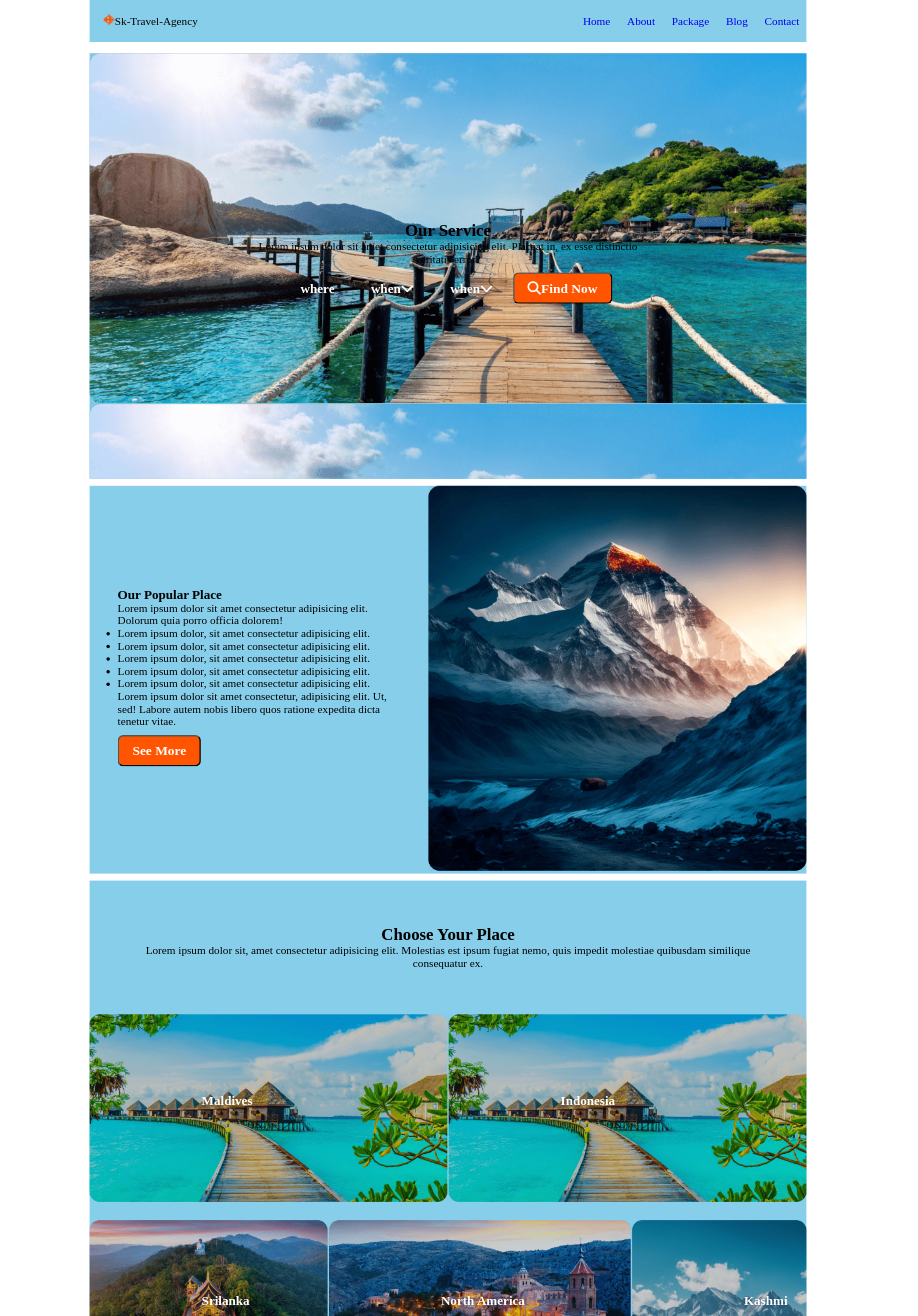
Repository: sumonkumarsarkar/Sk-Travel-Agency-
Page: index.html
The author's editor kept a copy of each file at every save. The page is drawn from the files as they stood at one save, then again after the next save.
The browser window is 1280 px wide. The page is 1312 px wide, then 1308 px, so the pictures cover 1312 px, including what lies to the right of the window. The pictures show the part of the page from y = 0 to 1880 px (the page is 4581 px tall before and 4856 px after), at 70% of full size.

Above is the page before, as saved 2024-01-17 15:17:02.

### index.html
<!DOCTYPE html>
<html lang="en">
<head>
    <meta charset="UTF-8">
    <meta name="viewport" content="width=device-width, initial-scale=1.0">
    <title>Sk-Travel-Agency</title>
    <link rel="stylesheet" href="./style.css">

    <link rel="stylesheet" href="https://cdnjs.cloudflare.com/ajax/libs/font-awesome/6.5.1/css/all.min.css" integrity="sha512-DTOQO9RWCH3ppGqcWaEA1BIZOC6xxalwEsw9c2QQeAIftl+Vegovlnee1c9QX4TctnWMn13TZye+giMm8e2LwA==" crossorigin="anonymous" referrerpolicy="no-referrer" />
</head>
<body>
    <header>
         <div class="container">
            <nav>
                <div class="icon-header">
                    <p> <span><img src="./Images/Group 40071 (2).png" alt=""></span>Sk-Travel-Agency</p>
                </div>
                <div class="menu-header">
                    <ul>
                        <li><a href="#">Home</a></li>
                        <li><a href="#">About</a></li>
                        <li><a href="#">Package</a></li>
                        <li><a href="#">Blog</a></li>
                        <li><a href="#">Contact</a></li>
                    </ul>
                </div>
            </nav>
         </div>


<div class="container">
    <div class="banner-section">
        <h2>Our Service</h2>
        <p>Lorem ipsum dolor sit amet consectetur adipisicing elit. Placeat in, ex esse distinctio veritatis error?</p>
        <div class="banner-button">
         <h3>where </h3>
         <h3>when<span><i class="fa-solid fa-chevron-down"></i></span></h3>
         <h3>when<span><i class="fa-solid fa-chevron-down"></i></span></h3>

        <button type="button"> <span><i class="fa-solid fa-magnifying-glass"></i></span>Find Now</button>
        </div>
       </div>

</div>


<div class="container">
    <div class="container-item">
        <div class="text-item">
         <h3>Our Popular Place</h3>
         <p>Lorem ipsum dolor sit amet consectetur adipisicing elit. Dolorum quia porro officia dolorem!</p>
         <ul>
            <li><p>Lorem ipsum dolor, sit amet consectetur adipisicing elit.</p></li>
            <li><p>Lorem ipsum dolor, sit amet consectetur adipisicing elit.</p></li>
            <li><p>Lorem ipsum dolor, sit amet consectetur adipisicing elit.</p></li>
            <li><p>Lorem ipsum dolor, sit amet consectetur adipisicing elit.</p></li>
            <li><p>Lorem ipsum dolor, sit amet consectetur adipisicing elit.</p></li>
         </ul>
         <p>Lorem ipsum dolor sit amet consectetur, adipisicing elit. Ut, sed! Labore autem nobis libero quos ratione expedita dicta tenetur vitae.</p>
         <button type="button">See More</button>
        </div>
        <div class="container-img-item">
            <img src="./Images/Rectangle 4.png" alt="">
        </div>
    </div>
</div>

    </header>


    <main>


        <!-- Choose Your place start   -->


<div class="container">
     <div class="container-text">
        <h2>Choose Your Place</h2>
        <p>Lorem ipsum dolor sit, amet consectetur adipisicing elit. Molestias est ipsum fugiat nemo, quis impedit molestiae quibusdam similique consequatur ex.</p>
     </div>
     <div class="container-image">

        <div class="img-row">
            <div class="image">
                <img src="./Images/Rectangle 5.png" alt="">
                <h3>Maldives</h3>
             </div>
             <div class="image">
                <img src="./Images/Rectangle 5.png" alt="">
                <h3>Indonesia</h3>
             </div>
        </div>

        <div class="img-row">
            <div class="image">
                <img src="./Images/Rectangle 6.png" alt="">
                <h3>Srilanka</h3>
             </div>
             <div class="image">
                <img src="./Images/Rectangle 7.png" alt="">
                <h3>North America</h3>
             </div>
             <div class="image">
                <img src="./Images/Rectangle 9.png" alt="">
                <h3>Kashmi</h3>
             </div>
        </div>

        <div class="img-row">
            <div class="image">
                <img src="./Images/Rectangle 11.png" alt="">
                <h3>Bangladesh</h3>
             </div>
             <div class="image">
                <img src="./Images/Rectangle 10.png" alt="">
                <h3>Bandarban</h3>
             </div>
        </div>
     </div>
</div>

        <!-- Choose Your place end
           -->


   <!-- card start   -->



   <div class="container">
    <div class="container-text">
       <h2>Why Choose Us</h2>
       <p>Dolor sit amet consectetur. Diam volutpat neque habitasse pharetra odio sit massa. Sodales dictumst nec nibh pellentesque.</p>
    </div>

        <div class="container-card">
            <div class="card">
                <span><i class="fa-solid fa-hotel"></i></span>
                <h3>Handpicked Hotels</h3>
                <p>Amet consectetur. Vulputate commodo felis molestie risus  ornare nulla amet et. Libero commodo sagittis dignissim adipiscing quis. Habitant adipiscing risus natoque aliquet. </p>
            </div>
            <div class="card">
                <span><i class="fa-solid fa-location-dot"></i></span>
                <h3>World Class Service</h3>
                <p>Amet consectetur. Vulputate commodo felis molestie risus  ornare nulla amet et. Libero commodo sagittis dignissim adipiscing quis. Habitant adipiscing risus natoque aliquet.  </p>
            </div>
        </div>


        <div class="container">
             <div class="container-card-item">

                    <h3><i class="fa-solid fa-tag"></i></h3>
                    <h3>World Class Service</h3>
                    <p>Amet consectetur. Vulputate commodo felis molestie risus  ornare nulla amet et. Libero commodo sagittis dignissim adipiscing quis. Habitant adipiscing risus natoque aliquet. </p>

             </div>
        </div>




</div>





   <!-- card start   -->





        <!-- place part start  -->

<div class="container">
    <div class="container-item">
        <div class="text-item">
         <h3>Visit the place and spend the life time</h3>
         <p>Lorem ipsum dolor sit amet consectetur adipisicing elit. Dolorum quia porro officia dolorem!</p>
         <ul>
            <li><p>Lorem ipsum dolor, sit amet consectetur adipisicing elit.</p></li>
            <li><p>Lorem ipsum dolor, sit amet consectetur adipisicing elit.</p></li>
            <li><p>Lorem ipsum dolor, sit amet consectetur adipisicing elit.</p></li>
            <li><p>Lorem ipsum dolor, sit amet consectetur adipisicing elit.</p></li>
            <li><p>Lorem ipsum dolor, sit amet consectetur adipisicing elit.</p></li>
         </ul>
         <p>Lorem ipsum dolor sit amet consectetur, adipisicing elit. Ut, sed! Labore autem nobis libero quos ratione expedita dicta tenetur vitae.</p>
         <button type="button">See More</button>
        </div>
        <div class="container-img-item">
            <img src="./Images/Rectangle 4.png" alt="">
        </div>
    </div>
</div>


 <!-- place part end  -->


 <div class="container">
    <div class="container-item">
        <div class="text-form">
         <h3>Visit the place and spend the life time</h3>
         <p>Lorem ipsum dolor sit amet consectetur adipisicing elit. Dolorum quia porro officia dolorem!</p>

         <form>
            <input type="text" placeholder="Enter Your Name">
            <input type="text" placeholder="Enter Your  Mail">
         </form>
         <button type="button">Subscribe</button>
        </div>
        <div class="container-img-item">
            <img src="./Images/Rectangle 8 (1).png" alt="">
            <h3>SK.Com</h3>
            <h2>Save Up to 70 %</h2>
        </div>
    </div>
</div>



<!-- form part start  -->




<!-- form part end  -->


    </main>









        <footer>
            <div class="container-footer">

                    <div class="nornal-text">
                           <span class="icon-footer"><img src="./Images/Group 40071 (2).png" alt=""></span>
                           <h3>Sk <span class="travel">Travel</span>  Agency</h3>
                            <p>We specialize in Air Ticketing, Visa Processing, Hotel Reservations, Travel Guides, and Tour Packages related services. </p>
                    </div>

                <div class="icon-img">
                    <i class="fa-brands fa-facebook"></i>
                    <i class="fa-brands fa-twitter"></i>
                    <i class="fa-brands fa-linkedin"></i>
                    <i class="fa-brands fa-instagram"></i>
                    <i class="fa-brands fa-tiktok"></i>
                </div>

                <hr>

               <div class="last-text">
                 <p>@2024 SK Travel Agency All</p>

               </div>


         </footer>





</body>
</html>

### style.css
*{
    margin: 0;
    padding: 0;
}



/* main Choose Your place start  */

.container-text {
text-align: center;
padding:4rem;
}

.img-row{
    display: flex;
    width: 100%;
    gap:.1rem;


}
.image img{
    width:100%;

}
.image h3{
 position: relative;
    top:-10rem;
    left:10rem;
    color: #FFF;
}



/* card start  */
.container-card{
    display: flex;
    padding:1rem;
    justify-content:space-around;
    align-items: center;
}


.card{
    height:25rem;
    width: 25rem;
    background:#9e7b7b;
    border-radius: .5rem;
    padding:2rem;
    box-shadow: -15px -15px 15px rgba(255, 255, 255, .2),
                15px 15px 15px rgba(0, 0, 0, .2),
                 inset -5px -5px 5px rgba(255, 255, 255, .2),
              inset 5px 15px 15px rgba(245, 183, 183, 0.2);


}

.container-card-item{
margin:0 auto;
padding: 5rem 10rem;
background: #854141;
height:15rem;
width: 15rem;
border-radius: .5rem;
box-shadow: -15px -15px 15px rgba(255, 255, 255, .2),
                15px 15px 15px rgba(0, 0, 0, .2),
                 inset -5px -5px 5px rgba(255, 255, 255, .2),
              inset 5px 15px 15px rgba(0, 0, 0, .2);


}
/* card end  */




/* main Choose Your place end */


 /* main place part start  */
.container-item{
    display: flex;
    justify-content:space-around;
    align-items: center;
    margin: 10px auto;
}

.container-item .text-item{
    padding: 40px;
}

button{
color: #FFF;
text-align: center;
font-family: Mulish;
font-size: 1.2rem;
font-style: normal;
font-weight: 800;
padding: .6rem 1.2rem;
border-radius:.5rem;
background: #FF5400;
margin: 10px auto;

}



/* form part start  */

.text-form  form input{
    display: block;
    padding:.5rem;
    width: 80%;
    margin:.5rem;
    border: none;
    border-radius: .5rem;
}
.text-form{

    padding:.5rem;
    width: 80%;
    margin:.5rem;
}
.text-form button{

    padding:.5rem;
    width: 80%;
    margin:.5rem;
}



/* form part end  */




 /* main place part end */

/* header menu bar start  */




nav{
    display: flex;
    justify-content: space-between;
    align-items: center;
    margin-bottom: 1rem;
}
.icon-header{
    align-items: center;
    padding:20px;
}
.icon-header img{
    width: 1rem;
    height: 1rem;
}
.menu-header ul{
    list-style: none;

}
.menu-header ul li{
   display: inline-block;
   padding: 10px 10px;

}
.menu-header ul li a{
    text-decoration: none;
}

.banner-section{
    background-image: url("./Images/Group 13 (1) (1).png");
}




.banner-section{
    text-align: center;
    padding:15rem;


}
.banner-button h3{
    display: inline-block;
    padding: 1rem .5rem;
    color: #FFF;
    margin: 0 1rem;
}

/* header menu bar end  */


/* footer section start  */
.container{
 background: skyblue;
 /* margin: 1rem auto; */
}
.container .nornal-text{
text-align: center;
padding: 2rem 2rem;


}
.container .nornal-text p{
text-align: center;
padding: 2rem 2rem;
color: #5A5A5D;
font-family: Mulish;
font-style: normal;
font-weight: 400;
line-height: 1.5rem;


}
.container .nornal-text h3{

display: inline-block;
font-size: 3rem;
margin-right: 1rem;


}
.container .icon-img{
text-align:center;
padding: 1rem 2rem;
align-content: center;



}
.container .last-text{

text-align: center;
padding: 2rem 2rem;
color: #5A5A5D;
font-family: Mulish;
font-style: normal;
font-weight: 400;
line-height: 1.5rem;



}
.container, hr{
width: 80%;
margin: 0 auto;


}
.travel{
    color: #FF5400;
}




/* footer section end  */

After the next save:
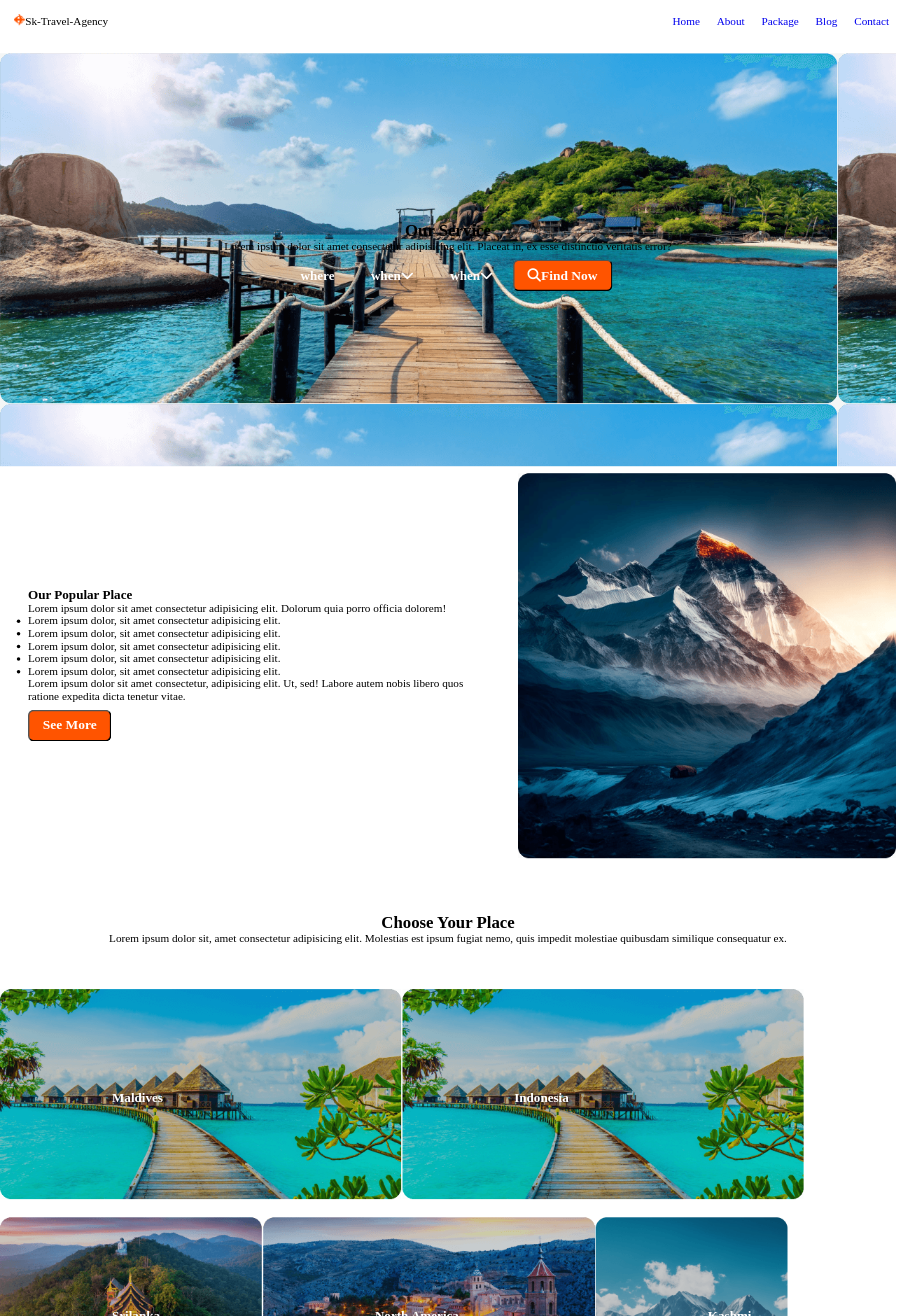
Saved 36 s later.
--- a/style.css
+++ b/style.css
@@ -193,17 +193,17 @@ nav{
 
 
 /* footer section start  */
-.container{
+.container-footer{
  background: skyblue;
  /* margin: 1rem auto; */
 }
-.container .nornal-text{
+.container-footer .nornal-text{
 text-align: center;
 padding: 2rem 2rem;
 
 
 }
-.container .nornal-text p{
+.container-footer .nornal-text p{
 text-align: center;
 padding: 2rem 2rem;
 color: #5A5A5D;
@@ -214,7 +214,7 @@ line-height: 1.5rem;
 
 
 }
-.container .nornal-text h3{
+.container-footer .nornal-text h3{
 
 display: inline-block;
 font-size: 3rem;
@@ -222,7 +222,7 @@ margin-right: 1rem;
 
 
 }
-.container .icon-img{
+.container-footer .icon-img{
 text-align:center;
 padding: 1rem 2rem;
 align-content: center;
@@ -230,7 +230,7 @@ align-content: center;
 
 
 }
-.container .last-text{
+.container-footer .last-text{
 
 text-align: center;
 padding: 2rem 2rem;
@@ -243,7 +243,7 @@ line-height: 1.5rem;
 
 
 }
-.container, hr{
+.container-footer, hr{
 width: 80%;
 margin: 0 auto;
 
